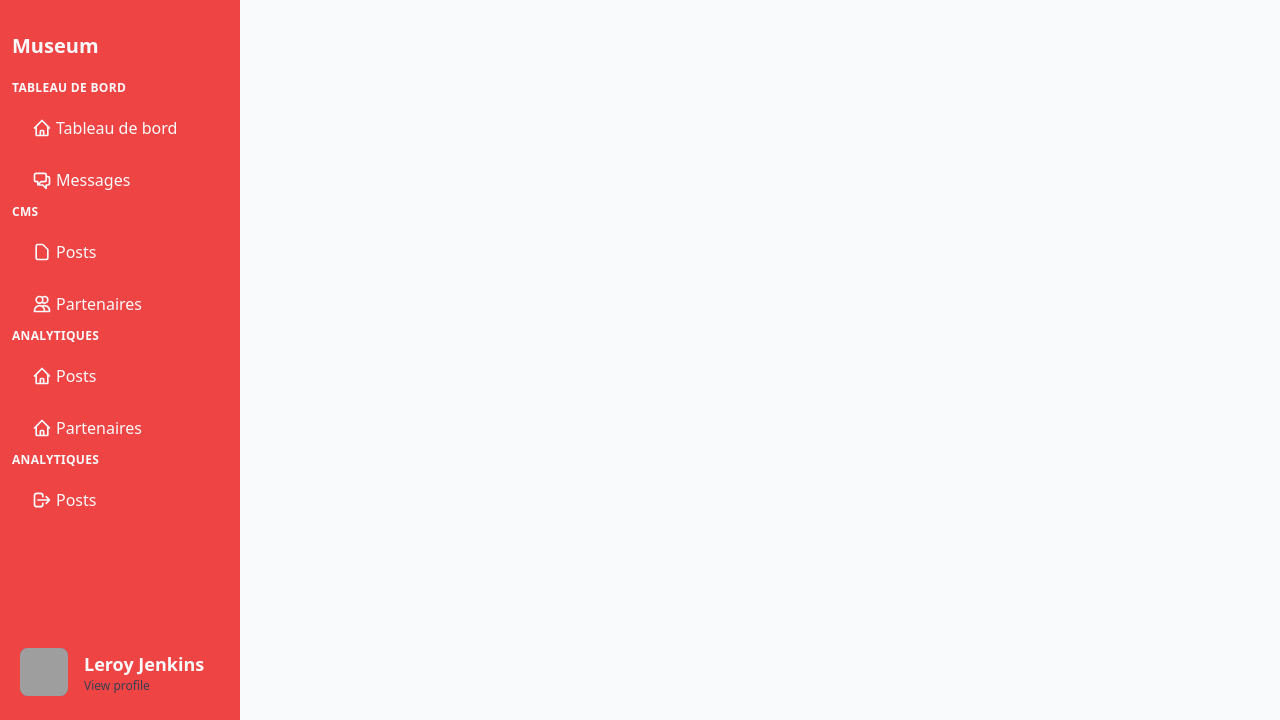
Repository: erulabs243/museum
Page: /dashboard
An editor plug-in stored every save of this project. The page is shown before and after the next save, followed by the edit.
The browser window is 1280 px wide. The pictures show the whole page.
Pictures or frames that could not be fetched are drawn as grey boxes. The project was rebuilt for these pictures with package versions that can differ from the ones it lists, and the page was loaded fresh each time. Also part of the build but not shown: vite.config.js, src/pages/admin/Home.jsx, src/components/atoms/headers/NavLink.jsx, src/components/atoms/headers/Button.jsx, src/components/atoms/TagBadge.jsx, src/components/atoms/MyAudioPlayer.jsx, src/components/atoms/MyVideoPlayer.jsx, src/components/atoms/MediaCard.jsx and 24 more.

Above is the page before, as saved 2022-08-10 20:15:32.

### index.html
<!DOCTYPE html>
<html lang="en">
  <head>
    <meta charset="UTF-8" />
    <link rel="icon" type="image/svg+xml" href="/vite.svg" />
    <link rel="stylesheet" href="src/theme/App.css">
    <meta name="viewport" content="width=device-width, initial-scale=1.0" />
    <title>Museum...</title>
  </head>
  <body class="bg-gray-50">
    <div id="root"></div>
    <script type="module" src="/src/main.jsx"></script>
  </body>
</html>

### src/App.jsx
'use strict';

import { BrowserRouter, Route, Routes } from 'react-router-dom';
import { AdminRoutes, CommonsRoutes, UserRoutes, AuthRoutes } from './routes';

const App = () => {
    return (
        <BrowserRouter>
            <Routes>
                {AuthRoutes.map((route) => (
                    <Route path={route.path} key={route.path} element={route.element} />
                ))}
                {UserRoutes.map((route) => (
                    <Route path={route.path} key={route.path} element={route.element} />
                ))}
                {AdminRoutes.map((route) => (
                    <Route path={route.path} key={route.path} element={route.element} />
                ))}
                {CommonsRoutes.map((route) => (
                    <Route path={route.path} key={route.path} element={route.element} />
                ))}
            </Routes>
        </BrowserRouter>
    );
};

export default App;

### src/routes/index.jsx
'use strict';

import AdminRoutes from "./AdminRoutes";
import CommonsRoutes from "./CommonsRoutes";
import UserRoutes from "./UserRoutes";
import AuthRoutes from "./AuthRoutes";

export {UserRoutes, AdminRoutes, CommonsRoutes, AuthRoutes};

### src/routes/AdminRoutes.jsx
'use strict';

import { Contact, Dashboard, Post } from '../pages/admin';

const AdminRoutes = [
    {
        path: '/dashboard',
        element: <Dashboard />
    },
    {
        path: '/post',
        element: <Post />
    },
    {
        path: '/contacts',
        element: <Contact />
    }
];

export default AdminRoutes;

### src/routes/CommonsRoutes.jsx
'use strict';

import { NotFound } from '../pages/commons';

const CommonsRoutes = [
    {
        path: '*',
        element: <NotFound />
    }
];

export default CommonsRoutes;

### src/routes/UserRoutes.jsx
'use strict';

import {
    About,
    Contact,
    Gallery,
    Home,
    Library,
    Podcast,
    Story,
    Testimonials,
    Videos
} from '../pages/user';

const UserRoutes = [
    {
        path: '/',
        element: <Home />
    },
    {
        path: '/contact',
        element: <Contact />
    },
    {
        path: '/library',
        element: <Library />
    },
    {
        path: '/stories',
        element: <Testimonials />
    },
    {
        path: '/stories/:slug',
        element: <Story />
    },
    {
        path: '/gallery',
        element: <Gallery />
    },
    {
        path: '/videos',
        element: <Videos />
    },
    {
        path: '/podcast',
        element: <Podcast />
    },
    {
        path: '/about',
        element: <About />
    }
];

export default UserRoutes;

### src/routes/AuthRoutes.jsx
'use strict';

import { Login } from '../pages/auth';

const AuthRoutes = [
    {
        path: '/login',
        element: <Login />
    }
];

export default AuthRoutes;

### src/pages/admin/index.jsx
'use strict';

import Home from './Home';
import Dashboard from './Dashboard';
import Contact from './Contact';
import Post from './Post';

export { Home, Dashboard, Contact, Post };

### src/pages/commons/index.jsx
'use strict';

import NotFound from './NotFound';

export { NotFound };

### src/pages/user/index.jsx
'use strict';

import Blog from './Blog';
import Contact from './Contact';
import Gallery from './Gallery';
import Library from './Library';
import Podcast from './Podcast';
import Testimonials from './Testimonials';
import Videos from './Videos';
import Home from './Home';
import Story from './Story';
import About from './About';

export { Home, Blog, Contact, Gallery, Library, Podcast, Testimonials, Videos, Story, About };

### src/pages/auth/index.jsx
'use strict';

import Login from "./Login";

export {Login};

### src/pages/admin/Dashboard.jsx
'use strict';

import { AdminSidebar } from '../../components/sections';

const Dashboard = () => {
    return (
        <main>
            <AdminSidebar />
        </main>
    );
};

export default Dashboard;

### src/components/sections/index.jsx
'use strict';

import Navbar from './Navbar';
import Footer from './Footer';
import Testimonial from './Testimonial';
import LibraryHeader from './LibraryHeader';
import Pagination from './Pagination';
import Article from './Article';
import Image from './Image';
import Modal from './Modal';
import AdminSidebar from './AdminSidebar';

export {
    Navbar,
    Footer,
    Testimonial,
    LibraryHeader,
    Pagination,
    Article,
    Image,
    Modal,
    AdminSidebar
};

### src/components/sections/AdminSidebar.jsx
'use strict';

import {
    HomeIcon,
    LogoutIcon,
    ChatAlt2Icon,
    DocumentIcon,
    UsersIcon
} from '@heroicons/react/outline';
import { Link } from 'react-router-dom';

const AdminSidebar = () => {
    return (
        <div className="flex flex-col h-screen p-3 w-60 bg-red-500 text-gray-50">
            <div className="flex flex-col py-5 font-semibold text-xl">
                <Link to="/dashboard" className="text-gray-50">
                    Museum
                </Link>
            </div>

            <div className="space-y-2">
                <h2 className="text-xs font-semibold tracking-wide uppercase dark:text-gray-700">
                    Tableau de bord
                </h2>
                <div className="flex flex-col space-y-1">
                    <a
                        rel="noopener noreferrer"
                        href="#"
                        className="flex flex-row items-center py-3 px-5 rounded-lg hover:bg-gray-700">
                        <HomeIcon className="w-5 h-5 mr-1" />
                        <span>Tableau de bord</span>
                    </a>
                    <a
                        rel="noopener noreferrer"
                        href="#"
                        className="flex flex-row items-center py-3 px-5 rounded-lg hover:bg-gray-700">
                        <ChatAlt2Icon className="w-5 h-5 mr-1" />
                        <span>Messages</span>
                    </a>
                </div>
            </div>
            <div className="space-y-2">
                <h2 className="text-xs font-semibold tracking-wide uppercase dark:text-gray-700">
                    CMS
                </h2>
                <div className="flex flex-col space-y-1">
                    <a
                        rel="noopener noreferrer"
                        href="#"
                        className="flex flex-row items-center py-3 px-5 rounded-lg hover:bg-gray-700">
                        <DocumentIcon className="w-5 h-5 mr-1" />
                        <span>Posts</span>
                    </a>
                    <a
                        rel="noopener noreferrer"
                        href="#"
                        className="flex flex-row items-center py-3 px-5 rounded-lg hover:bg-gray-700">
                        <UsersIcon className="w-5 h-5 mr-1" />
                        <span>Partenaires</span>
                    </a>
                </div>
            </div>
            <div className="space-y-2">
                <h2 className="text-xs font-semibold tracking-wide uppercase dark:text-gray-700">
                    Analytiques
                </h2>
                <div className="flex flex-col space-y-1">
                    <a
                        rel="noopener noreferrer"
                        href="#"
                        className="flex flex-row items-center py-3 px-5 rounded-lg hover:bg-gray-700">
                        <HomeIcon className="w-5 h-5 mr-1" />
                        <span>Posts</span>
                    </a>
                    <a
                        rel="noopener noreferrer"
                        href="#"
                        className="flex flex-row items-center py-3 px-5 rounded-lg hover:bg-gray-700">
                        <HomeIcon className="w-5 h-5 mr-1" />
                        <span>Partenaires</span>
                    </a>
                </div>
            </div>
            <div className="space-y-2">
                <h2 className="text-xs font-semibold tracking-wide uppercase dark:text-gray-700">
                    Analytiques
                </h2>
                <div className="flex flex-col space-y-1">
                    <a
                        rel="noopener noreferrer"
                        href="#"
                        className="flex flex-row items-center py-3 px-5 rounded-lg hover:bg-gray-700">
                        <LogoutIcon className="w-5 h-5 mr-1" />
                        <span>Posts</span>
                    </a>
                </div>
            </div>
            <div className="flex items-center p-2 mt-12 space-x-4 justify-self-end absolute bottom-4">
                <img
                    src="https://source.unsplash.com/100x100/?portrait"
                    alt=""
                    className="w-12 h-12 rounded-lg bg-gray-500"
                />
                <div>
                    <h2 className="text-lg font-semibold">Leroy Jenkins</h2>
                    <span className="flex items-center space-x-1">
                        <a
                            rel="noopener noreferrer"
                            href="#"
                            className="text-xs hover:underline text-gray-700">
                            View profile
                        </a>
                    </span>
                </div>
            </div>
        </div>
    );
};

export default AdminSidebar;

Loaded but not shown: src/main.jsx (common file); src/theme/App.css (2450 lines, source omitted)

After the next save:
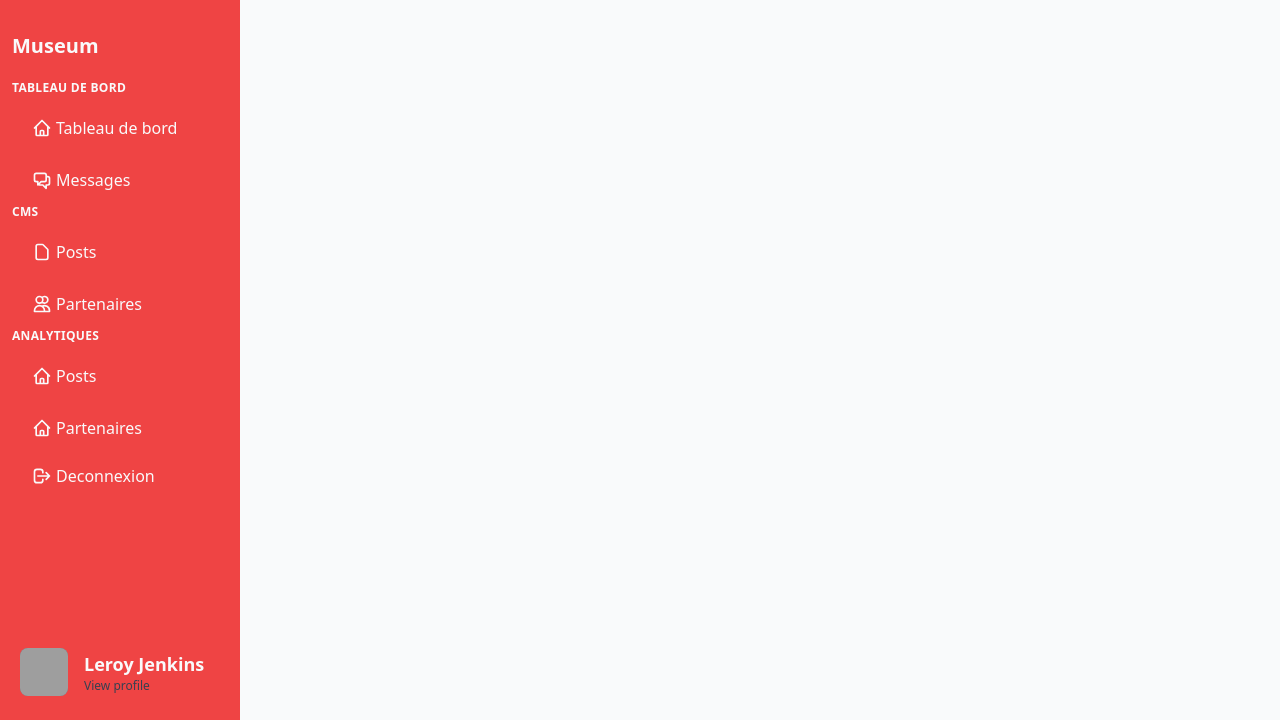
Saved 20 s later.
--- a/src/components/sections/AdminSidebar.jsx
+++ b/src/components/sections/AdminSidebar.jsx
@@ -81,17 +81,14 @@ const AdminSidebar = () => {
                     </a>
                 </div>
             </div>
-            <div className="space-y-2">
-                <h2 className="text-xs font-semibold tracking-wide uppercase dark:text-gray-700">
-                    Analytiques
-                </h2>
+            <div className="space-y-2 divide-y-reverse">
                 <div className="flex flex-col space-y-1">
                     <a
                         rel="noopener noreferrer"
                         href="#"
                         className="flex flex-row items-center py-3 px-5 rounded-lg hover:bg-gray-700">
                         <LogoutIcon className="w-5 h-5 mr-1" />
-                        <span>Posts</span>
+                        <span>Deconnexion</span>
                     </a>
                 </div>
             </div>
